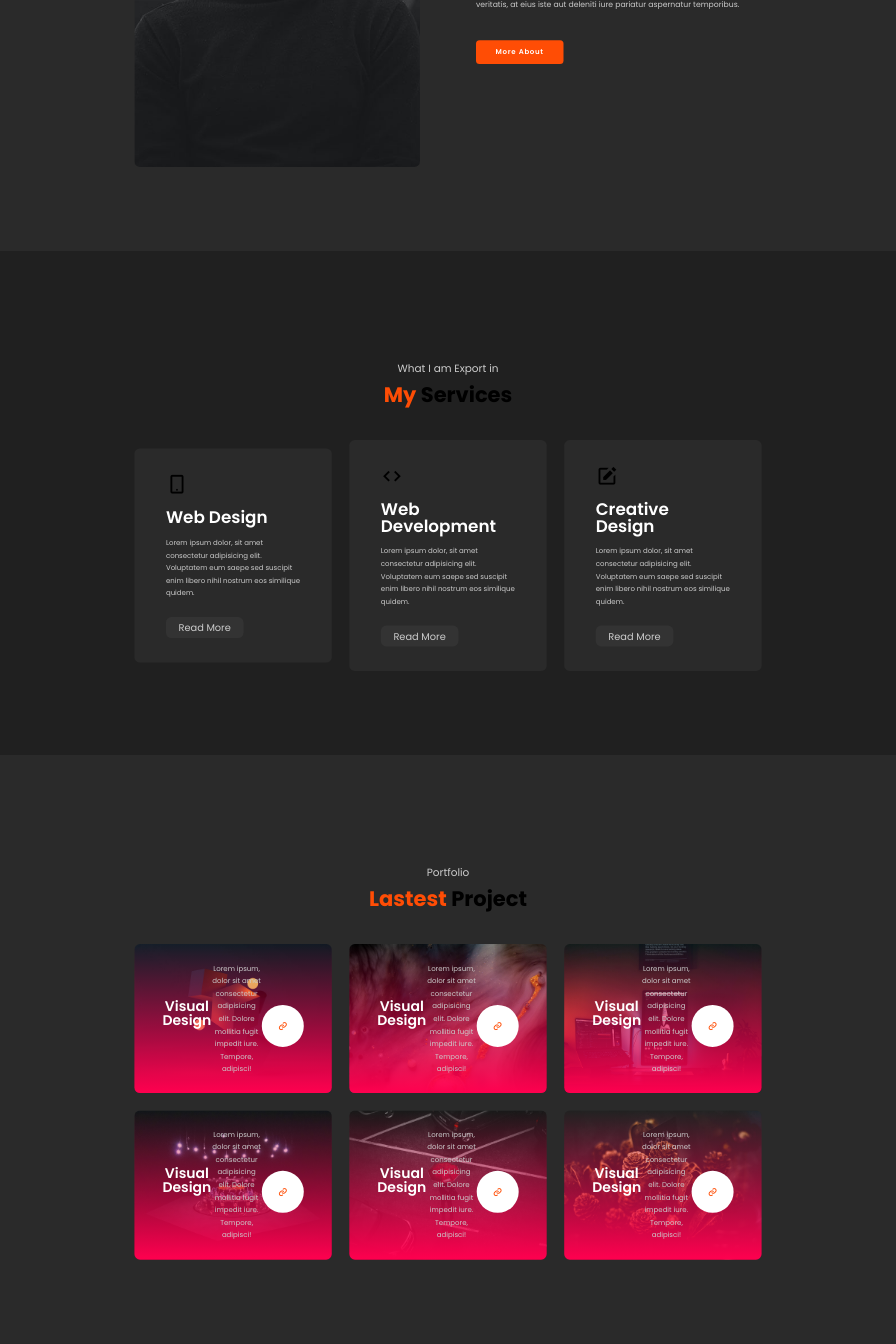
Repository: HungNg99/Protifolio2
Page: Portfolio/index.html
The author's editor kept a copy of each file at every save. The page is drawn from the files as they stood at one save, then again after the next save.
The browser window is 1280 px wide. The pictures show the part of the page from y = 1311 to 3231 px (the page is 3231 px tall), at 70% of full size.

Above is the page before, as saved 2022-12-12 15:02:32.

After the next save:
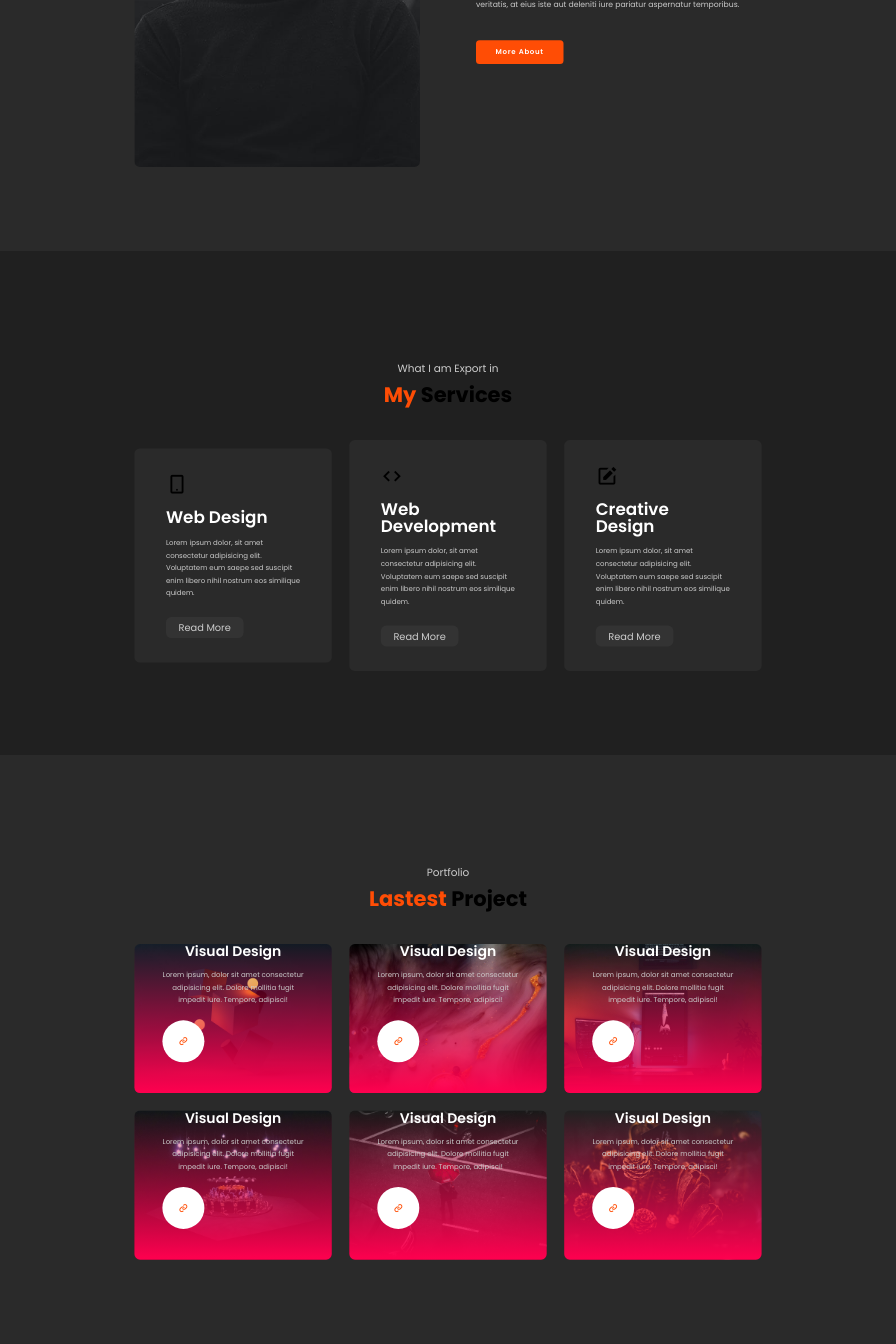
Saved 28 s later.
--- a/Portfolio/style.css
+++ b/Portfolio/style.css
@@ -310,9 +310,9 @@
     left: 0;
     bottom: 0;
     overflow: hidden;
-    display: flex;
-    align-items: center;
-    justify-content:center;
+    /* display: flex;
+    align-items: center;
+    justify-content:center; */
     text-align: center;
     padding: 0px 40px;
     transition: height 0.45s;

After the save that followed:
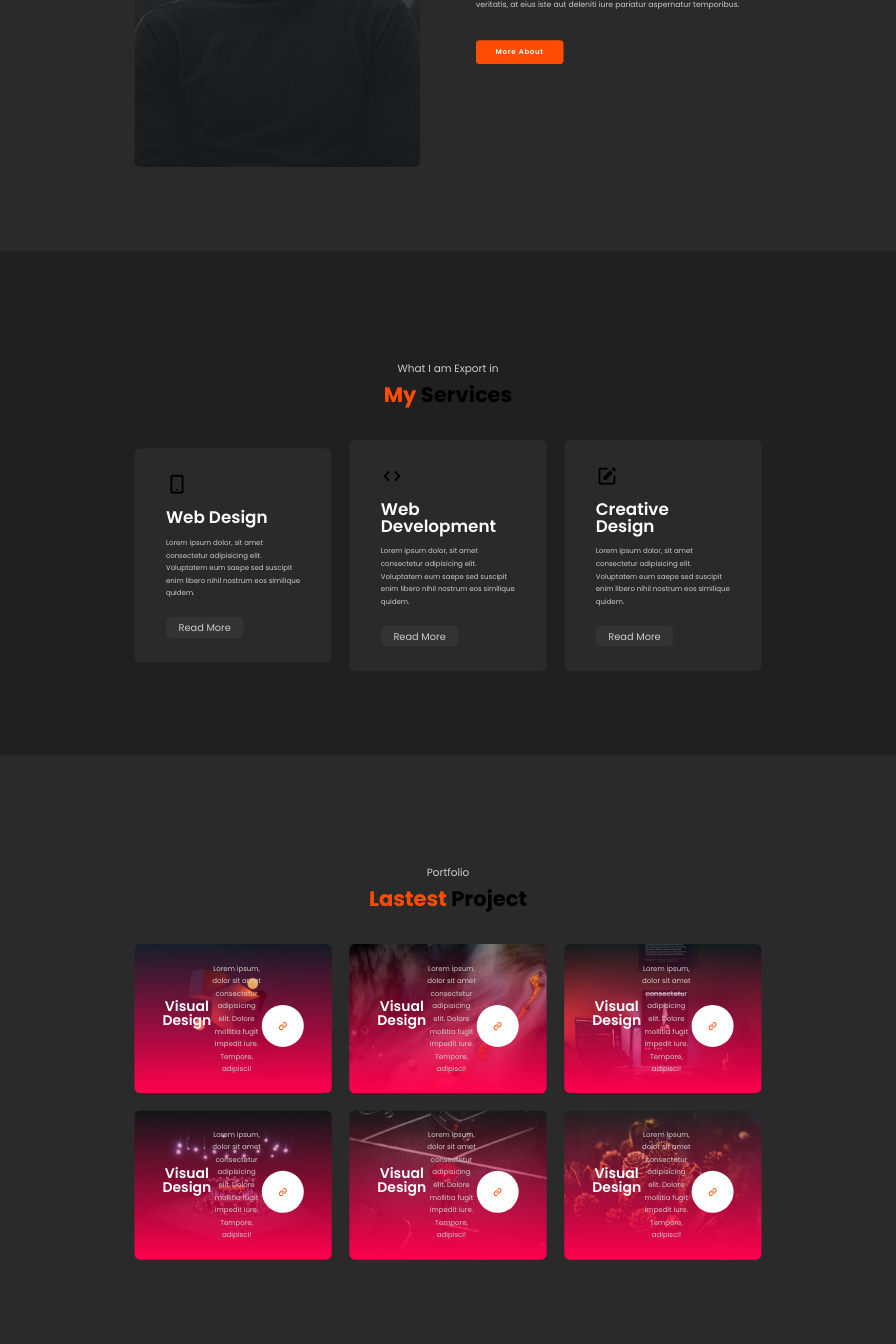
Saved 41 s later.
--- a/Portfolio/style.css
+++ b/Portfolio/style.css
@@ -310,9 +310,9 @@
     left: 0;
     bottom: 0;
     overflow: hidden;
-    /* display: flex;
-    align-items: center;
-    justify-content:center; */
+    display: inline-flex;
+    align-items: center;
+    justify-content:center;
     text-align: center;
     padding: 0px 40px;
     transition: height 0.45s;
